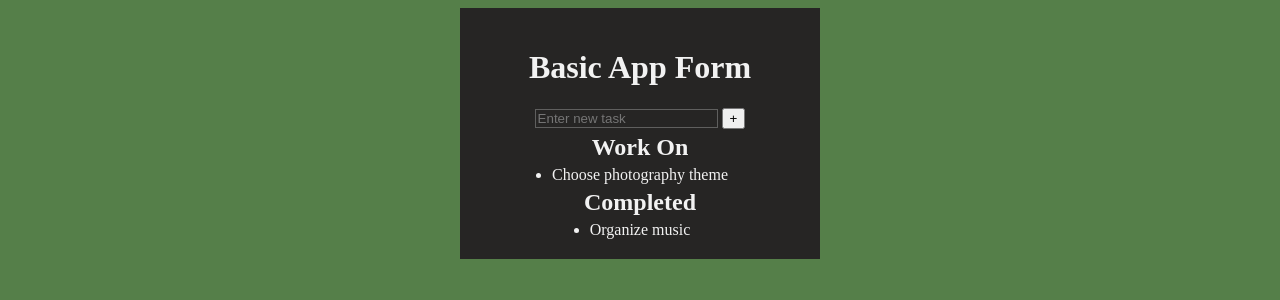
Repository: Kayla-amr/dgm_3760
Page: todoTemplate-W2/index.html
An editor plug-in stored every save of this project. The page is shown before and after the next save, followed by the edit.
The browser window is 1280 px wide. The pictures show the whole page.

Above is the page before, as saved 2022-10-17 17:25:06.

### todoTemplate-W2/index.html
<!DOCTYPE html>
<html lang="en">

<head>
    <meta charset="UTF-8">
    <meta http-equiv="X-UA-Compatible" content="IE=edge">
    <meta name="viewport" content="width=device-width, initial-scale=1.0">
    <link rel="stylesheet" href="styles.css">
    <title>Basic Todo App</title>
</head>

<body>
    <main>
        <div class="taskForm">
            <h1 class="formTitle"></h1>
            <div>
                <input class="userInput" type="text" placeholder="Enter new task">
                <button class="addTask">+</button>
            </div>
            <h2>Work On</h2>
            <ul class='todoTasks'>
            </ul>
            <h2>Completed</h2>
            <ul class='completedTasks'>
            </ul>
    </main>

    </div>
</body>
<script src="/todoTemplate-W2/index.js"></script>

</html>

### todoTemplate-W2/styles.css
body{
    background-color: #557f49;
    color: #f2f2f2;
}
main{
    display: flex;
    justify-content: center;
}
h2{
    margin: 0;
    padding: 5px;
}
.taskForm{
    background-color: #262524;
    padding: 20px;
    width: 20rem;
    display: flex;
    flex-direction: column;
    align-items: center;
}

.todoTasks{
    margin: 0;
    padding: 0;
}
.completedTasks{
    margin: 0;
    padding: 0;
}
.userInput{
    background-color: #eaaf1900;
    border: 1px solid #808080a1;
    color: #f2f2f2;
}

### todoTemplate-W2/index.js
let myList = [
	{
		id: 0,
		name: 'Choose photography theme',
		category: 'Homework',
		due_date: 'Tomorrow',
		status: false
	},
	{
		id: 1,
		name: 'Organize music',
		category: 'Chores',
		due_date: 'Wednesday',
		status: true
	}
];

//app title
document.querySelector('.formTitle').innerText = 'Basic App Form';

//view todods


function displayTodos(todos) {
	//clear out any tasks (li elements) that are in the UL
	todoTaskUl.innerHTML = '';

	//for each todo in the array, add it to the container UL
	todos.forEach(function(myTask) {
    if (myTask.status != true) {
      todoTaskUl.innerHTML += `<li data-todoId='${myTask.id}'> ${myTask.name} </li>`;
    } else {

      completedTaskUL.innerHTML += `<li data-todoId='${myTask.id}'> ${myTask.name} </li>`;
    }

	});
}

//add todos

//store element object for the add task button
const addBtn = document.querySelector('.addTask')

addBtn.addEventListener('click', (event) => {
	addTask()
})

function addTask(){
  let userInput = document.querySelector('.userInput').value;
  const newTodoObj = {
	id: myList.length + 1,
	name: userInput,
	category: null,
	due_date: null,
	status: false
}

  myList.push(newTodoObj);

  displayTodos(myList)
}

// create a function to complete todos
function completeTask(){
	// function will take 1 parameter (input) an id of the todo to complete
	// find the todo to complete and then change the value of status in the todo object
		//use the .findIndex method to get the index
		//then edit the object directly using bracket notation
		//IE: myList[todoIDX].status
}


//create a function to delete todos
function deleteTask(){
	//much the same as the complete todo function
	//instead of editing the object, you will need to remove it from the array
}


//for complete and delete event listeners you will need to listen for events on the UL

//get a reference to the task container UL
const todoTaskUl = document.querySelector('.todoTasks');
const completedTaskUL = document.querySelector('.completedTasks');

todoTaskUl.addEventListener('click', (event) => {
	//get the id of the todo that the user clicked on.
	console.log(event.target.dataset.todoid)

	const clickedTodoId = event.target.dataset.todoid

	const todoIdx = myList.findIndex((todo) => todo.id == clickedTodoId)

	console.log(todoIdx)
	//flip the status value
	myList[todoIdx].status = !myList[todoIdx].status

	console.log(myList)

	displayTodos(myList)
})


//on page load, show the todos
displayTodos(myList)

After the next save:
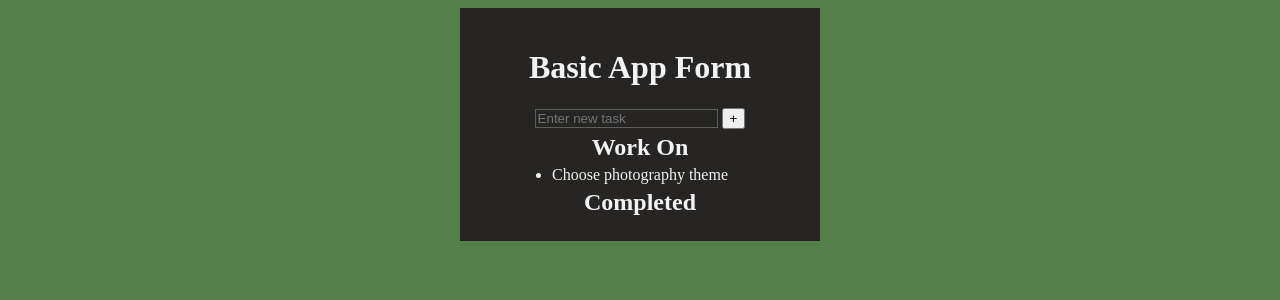
Console error: ReferenceError: com is not defined
Saved 30 s later.
--- a/todoTemplate-W2/index.js
+++ b/todoTemplate-W2/index.js
@@ -30,7 +30,7 @@
     if (myTask.status != true) {
       todoTaskUl.innerHTML += `<li data-todoId='${myTask.id}'> ${myTask.name} </li>`;
     } else {
-
+      com
       completedTaskUL.innerHTML += `<li data-todoId='${myTask.id}'> ${myTask.name} </li>`;
     }
 

After the save that followed:
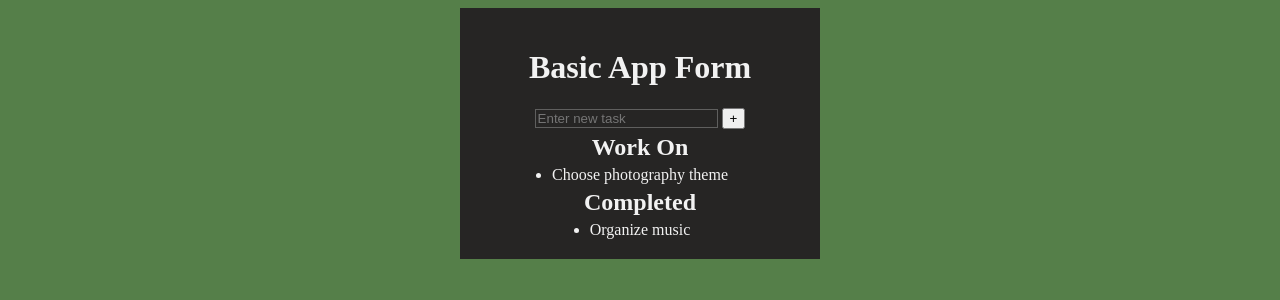
The error is gone.
Saved 4 s later.
--- a/todoTemplate-W2/index.js
+++ b/todoTemplate-W2/index.js
@@ -30,7 +30,6 @@
     if (myTask.status != true) {
       todoTaskUl.innerHTML += `<li data-todoId='${myTask.id}'> ${myTask.name} </li>`;
     } else {
-      com
       completedTaskUL.innerHTML += `<li data-todoId='${myTask.id}'> ${myTask.name} </li>`;
     }
 
